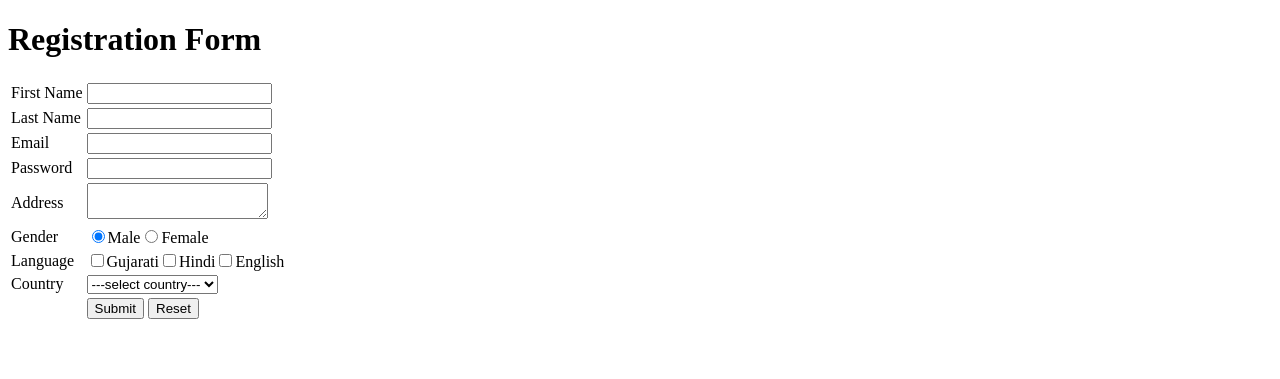
Repository: Laxman877/MyWorkspace
Page: Corejava/Learning_Web/src/main/webapp/division.html
These files come from the project's save history. The page is drawn as it stood at one moment and after the next save; the edit follows.
The browser window is 1280 px wide. The pictures show the whole page.

Above is the page before, as saved 2022-04-27 05:17:52.

### Corejava/Learning_Web/src/main/webapp/division.html
<!DOCTYPE html>
<html>
<head>
<meta charset="ISO-8859-1">
<title>Learn Div</title>
</head>
<body>
<div id="container">
</div>
<h1>Registration Form</h1>
<form action="success.html" method="post">
<table>

<tr>
<td><label>First Name</label></td>
<td><input type="text" name="fname" class="textfield"></td>
</tr>

<tr>
<td><label>Last Name</label></td>
<td><input type="text" name="lname" class="textfield"></td>
</tr>

<tr>
<td><label>Email</label></td>
<td><input type="text" name="email" class="textfield"></td>
</tr>

<tr>
<td><label>Password</label></td>
<td><input type="text" name="pass" class="textfield"></td>
</tr>

<tr>
<td><label>Address</label></td>
<td><textarea rows="2" cols="20" name="adr" class="textfield"></textarea></td>
</tr>

<tr>
<td><label>Gender</label></td>
<td><input type="radio" name="gender" checked="checked">Male<input type="radio" name="gender">Female</td>
</tr>

<tr>
<td><label>Language</label></td>
<td><input type="checkbox">Gujarati<input type="checkbox">Hindi<input type="checkbox">English</td>
</tr>

<tr>
<td><label>Country</label></td>
<td><select class="textfield"><option>---select country---</option>
<option>India</option>
<option>USA</option>
<option>UK</option>
</select></td>
</tr>

<tr>
<td></td>
<td><input type="submit" class="btn btn-smt">
<input type="reset" class="btn btn-rst"></td>
</tr>

</table>
</form>
</body>
</html>

After the next save:
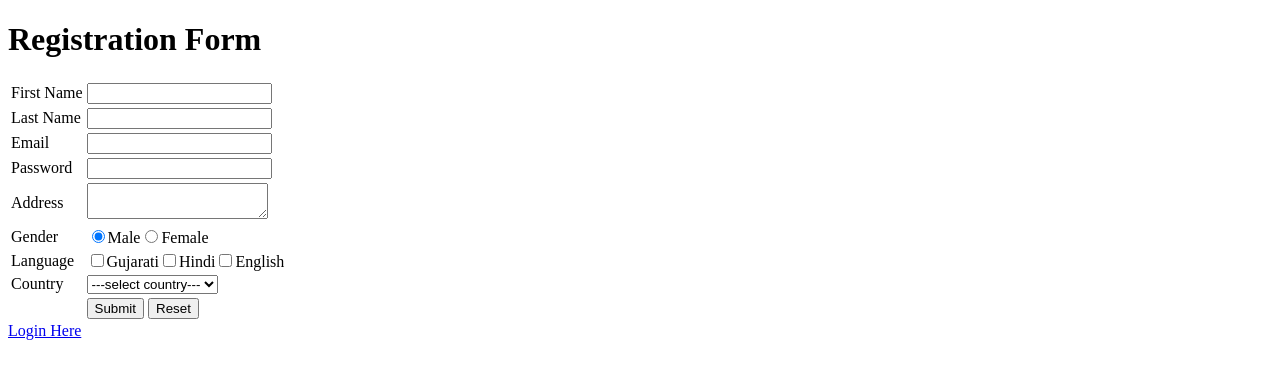
Saved 113 s later.
--- a/Corejava/Learning_Web/src/main/webapp/division.html
+++ b/Corejava/Learning_Web/src/main/webapp/division.html
@@ -62,6 +62,8 @@
 </tr>
 
 </table>
+
+<a href="Home.html">Login Here</a>
 </form>
 </body>
 </html>
